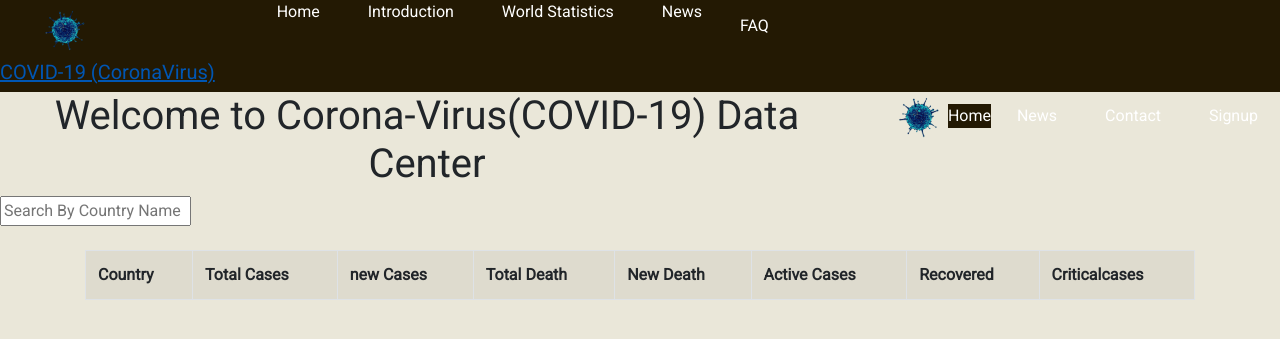
Repository: xthashankar/COVID-19-data-
Page: index.html
An editor plug-in stored every save of this project. The page is shown before and after the next save, followed by the edit.
The browser window is 1280 px wide. The pictures show the whole page.
The page's requests for data from a server got no answer.

Above is the page before, as saved 2020-04-14 16:47:23.

After the next save:
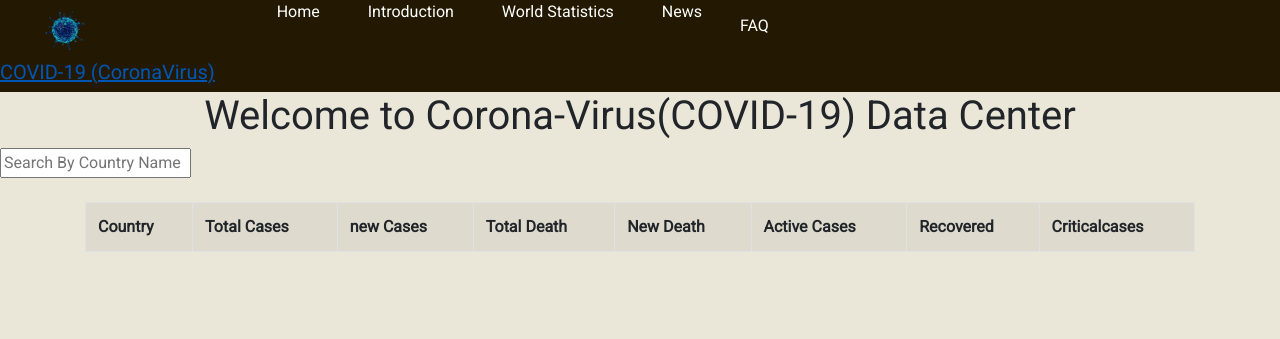
Saved 38 s later.
--- a/index.html
+++ b/index.html
@@ -38,7 +38,7 @@
 
 
 
-    <!-- <ul> -->
+    <!-- <ul>
         <ul>
             <img src="image/coronavirus.png">
             <li><a class="nav" href="#">Home</a></li>
@@ -48,7 +48,7 @@
 
 
         </ul>
-    </ul>
+    </ul> -->
 
     <h1>Welcome to Corona-Virus(COVID-19) Data Center</h1>
     <input type="text" name="filter" id="search" placeholder="Search By Country Name" onkeyup="search()">
